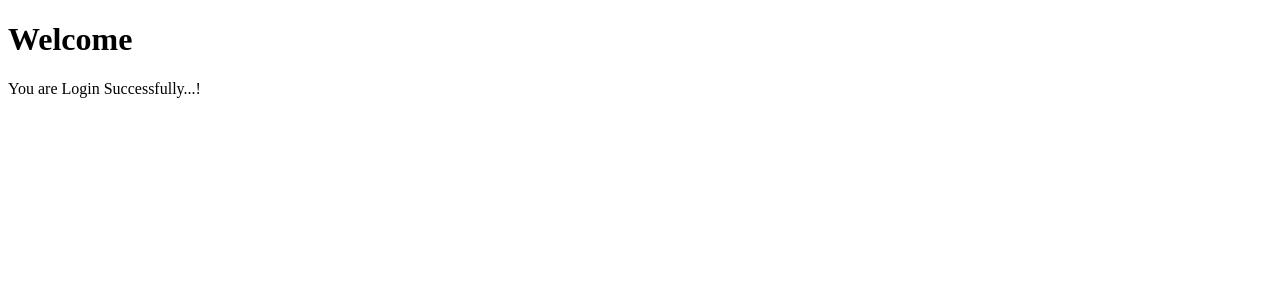
Repository: ShegokarSneha/Login-Registration
Page: http://localhost/LoginRegistration/Welcome.jsp
The author's editor kept a copy of each file at every save. The page is drawn from the files as they stood at one save, then again after the next save.
The browser window is 1280 px wide. The pictures show the whole page.
The page is served by Tomcat 9. Other server files are loaded and not shown.

Above is the page before, as saved 2019-07-09 05:37:44.

### LoginRegistration/WebContent/Welcome.jsp
<%@ page language="java" contentType="text/html; charset=UTF-8"
    pageEncoding="UTF-8"%>
<!DOCTYPE html>
<html>
<head>
<meta charset="UTF-8">
<title>Insert title here</title>
</head>
<body>
<h1>Welcome</h1>
You are Login Successfully...!
</body>
</html>

After the next save:
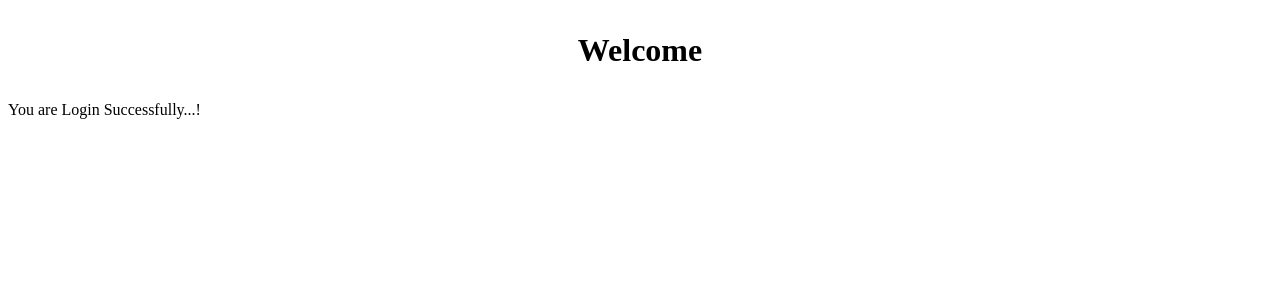
Saved 45 s later.
--- a/LoginRegistration/WebContent/Welcome.jsp
+++ b/LoginRegistration/WebContent/Welcome.jsp
@@ -7,7 +7,8 @@
 <title>Insert title here</title>
 </head>
 <body>
-<h1>Welcome</h1>
+
+<h1><p align = "center" >Welcome</h1>
 You are Login Successfully...!
 </body>
 </html>
